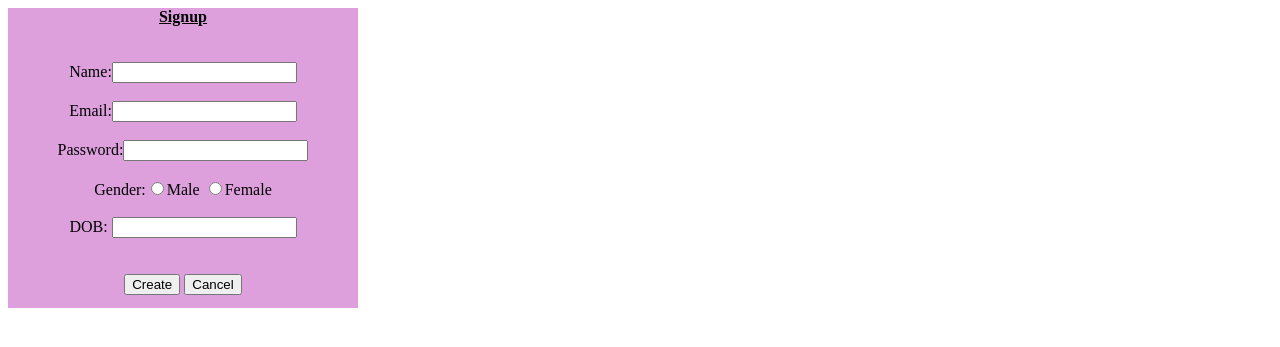
Repository: Spurthiv/todoapp
Page: Servlet_todo_app/src/main/webapp/Signup.html
An editor plug-in stored every save of this project. The page is shown before and after the next save, followed by the edit.
The browser window is 1280 px wide. The pictures show the whole page.

Above is the page before, as saved 2023-11-22 07:25:04.

### Servlet_todo_app/src/main/webapp/Signup.html
<!DOCTYPE html>
<html>
<head>
<meta charset="ISO-8859-1">
<title>Insert title here</title>
<style>
        form {
            height: 300px;
            width: 350px;
            background-color: plum;
            text-decoration-color: blueviolet;
            text-align: center;
        }
        legend{
			text-align: center;
		}
    </style>
</head>
<body>

<form>
        <legend><u><b>Signup</b></u> </legend>
        <br><br>
        Name:<input type="text" name="name" /> <br><br>
        Email:<input type="email" name="email" /> <br><br>
        Password:<input type="text" name="pwd" /> <br><br>

        Gender:<input type="radio" name="gender" value="male">Male
        <input type="radio" name="gender" value="female">Female <br><br>

        DOB: <input type="number" name="dob"> <br><br><br>
        <button type="submit" formaction="">Create</button>
        <button type="reset">Cancel</button> <br><br><br>

    </form>

</body>
</html>

After the next save:
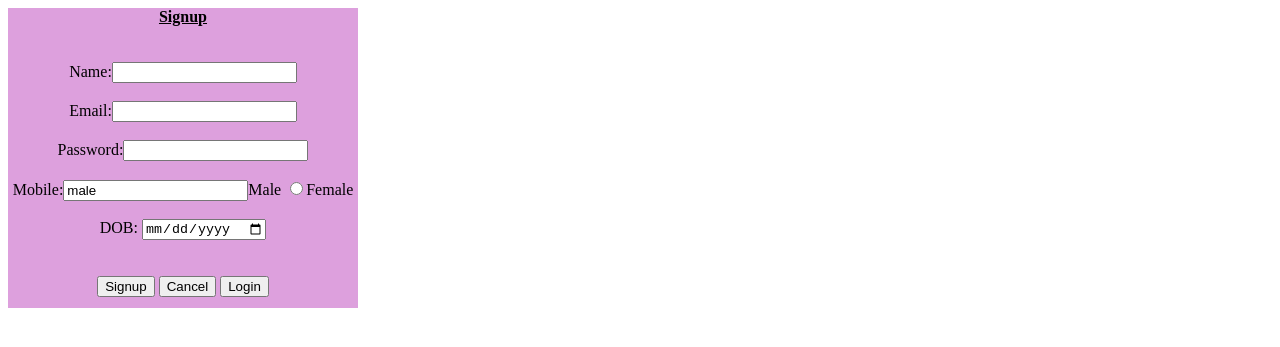
Saved 3 min 0 s later.
--- a/Servlet_todo_app/src/main/webapp/Signup.html
+++ b/Servlet_todo_app/src/main/webapp/Signup.html
@@ -11,7 +11,7 @@
             text-decoration-color: blueviolet;
             text-align: center;
         }
-        legend{
+        u{
 			text-align: center;
 		}
     </style>
@@ -24,13 +24,14 @@
         Name:<input type="text" name="name" /> <br><br>
         Email:<input type="email" name="email" /> <br><br>
         Password:<input type="text" name="pwd" /> <br><br>
-
+Mobile:<input type="tel" pattern="[0-9](10)"
         Gender:<input type="radio" name="gender" value="male">Male
         <input type="radio" name="gender" value="female">Female <br><br>
 
-        DOB: <input type="number" name="dob"> <br><br><br>
-        <button type="submit" formaction="">Create</button>
-        <button type="reset">Cancel</button> <br><br><br>
+        DOB: <input type="date" name="dob"> <br><br><br>
+        <button type="submit" formaction="">Signup</button>
+        <button type="reset">Cancel</button>
+         <button type="submit">Login</button><br><br><br>
 
     </form>
 
